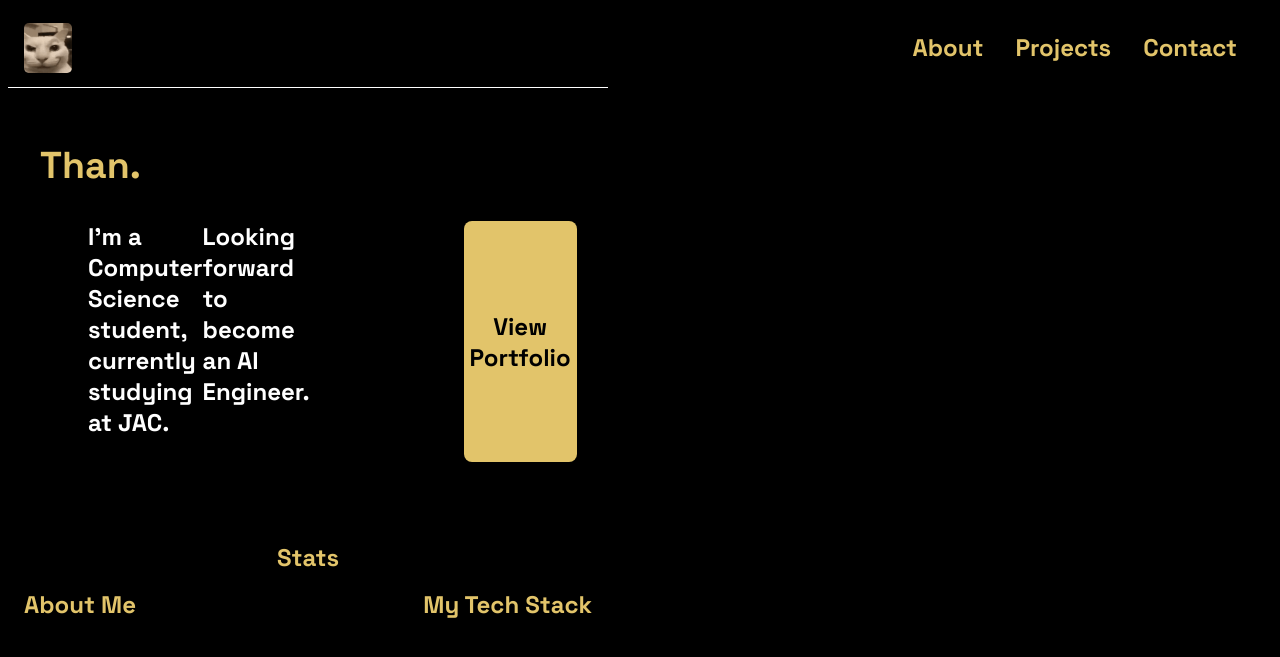
Repository: Than-dot/Than-dot
Page: index.html
The author's editor kept a copy of each file at every save. The page is drawn from the files as they stood at one save, then again after a run of saves.
The browser window is 1280 px wide. The pictures show the whole page.

Above is the page before, as saved 2026-05-06 12:44:58.

### index.html
<!doctype html>
<html lang="en">
  <head>
    <meta charset="UTF-8" />
    <meta name="viewport" content="width=device-width, initial-scale=1.0" />
    <title>Than</title>
    <link rel="stylesheet" href="styles/global.css" />
    <link rel="stylesheet" href="styles/index.css" />
  </head>

  <body>
    <header>
      <nav>
        <img src="./assets/images/uncanny-cat-freaky.png" alt="cat" />
        <ul class="nav-center">
          <li>About</li>
          <li>Projects</li>
          <li>Contact</li>
        </ul>
      </nav>
    </header>
    <main>
      <section class="container1">
        <article class="f-art"><h1>Than.</h1></article>
        <aside class="f-asi">
          <p>I'm a Computer Science student, currently studying at JAC.</p>
          <p>Looking forward to become an AI Engineer.</p>
          <button>View Portfolio</button>
        </aside>
        <article class="stats">Stats</article>
      </section>
    </main>
    <section class="container2">
      <aside class="s-asi">About Me</aside>
      <article class="s-art">My Tech Stack</article>
    </section>
  </body>
</html>

### styles/global.css
@font-face {
  font-family: Space-Grotesk;
  src: url(/assets/font/Space_Grotesk/SpaceGrotesk-VariableFont_wght.ttf);
}

body {
  font-family: Space-Grotesk, sans-serif;
  font-weight: bold;
  font-size: 1.5rem;
}

button {
  font-family: Space-Grotesk, sans-serif;
  font-weight: bold;
  font-size: 1.5rem;
}

.f-art {
  font-size: 2rem;
}

### styles/index.css
body {
  width: 100%;
  max-width: 600px;
  background-color: black;
  color: #e2c46a;
}
.container1 {
  display: flex;
  flex-direction: column;
}

.f-art {
  margin: 2rem;
  margin-top: 1rem;
}

.f-asi {
  display: grid;
  margin-top: 0;
  justify-content: space-between;
}

p {
  margin: 0;
  margin-bottom: 1.5rem;
  color: white;
}

.stats {
  text-align: center;
}

.s-art {
}

.s-asi {
}

.container2 {
  display: flex;
  flex-direction: row;
  justify-content: space-between;
  margin: 1rem;
}

button {
  border-radius: 8px;
  border: none;
  max-width: 10rem;
  margin-left: 35%;
  background-color: #e2c46a;
}

img {
  height: 50px;
  width: auto;
  margin-left: 1rem;
  border-radius: 10%;
}

.nav-center {
  display: flex;
  gap: 32px;
  list-style: none;
  margin-left: 10rem;
}

nav {
  align-items: center;
  display: flex;
  border-bottom: 1px solid white;
}

h1 {
  margin-bottom: 0;
}

@media screen and (min-width: 700px) {
  body {
    width: 100%;
  }
  .nav-center {
    display: flex;
    gap: 32px;
    list-style: none;
    margin-left: 50rem;
  }
  .f-asi {
    display: grid;
    margin-top: 0;
    justify-content: space-between;
  }
  .f-asi {
    display: flex;
    margin: 5rem;
    margin-top: 0;
    justify-content: space-between;
  }
}

After the next 2 saves:
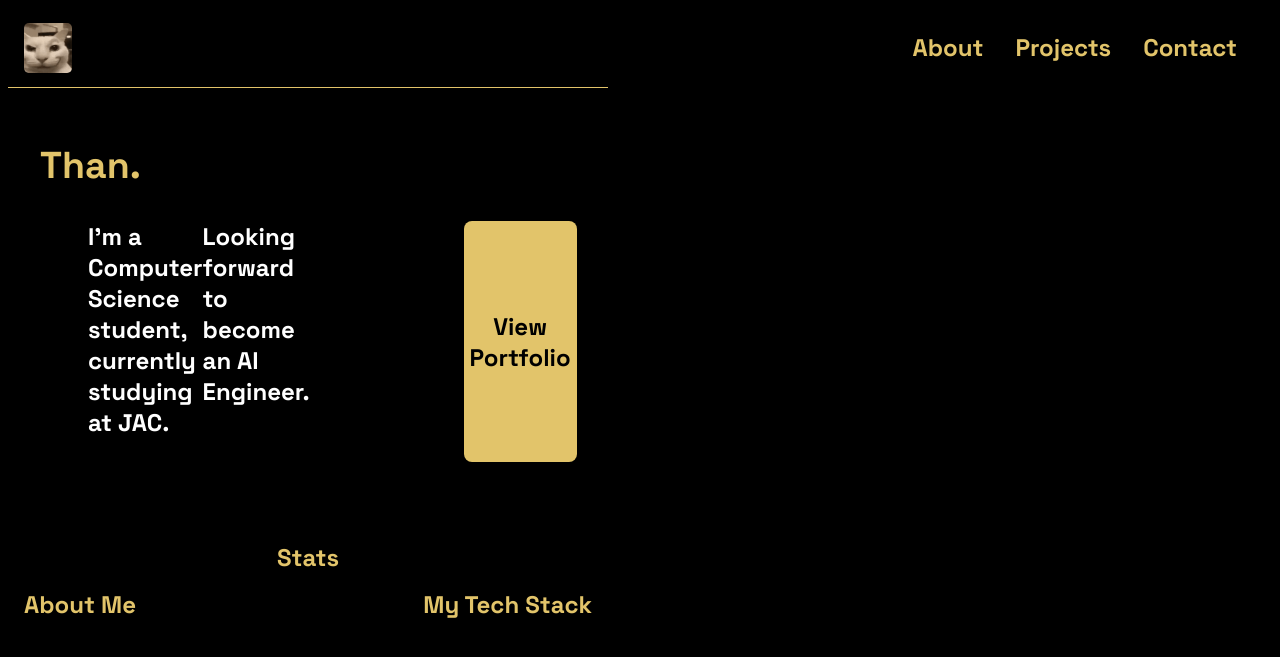
The 2 saves are shown as one change because they came seconds apart.
The last was saved 7 s later.
--- a/styles/index.css
+++ b/styles/index.css
@@ -68,7 +68,7 @@ img {
 nav {
   align-items: center;
   display: flex;
-  border-bottom: 1px solid white;
+  border-bottom: 1px solid #e2c46a;
 }
 
 h1 {
